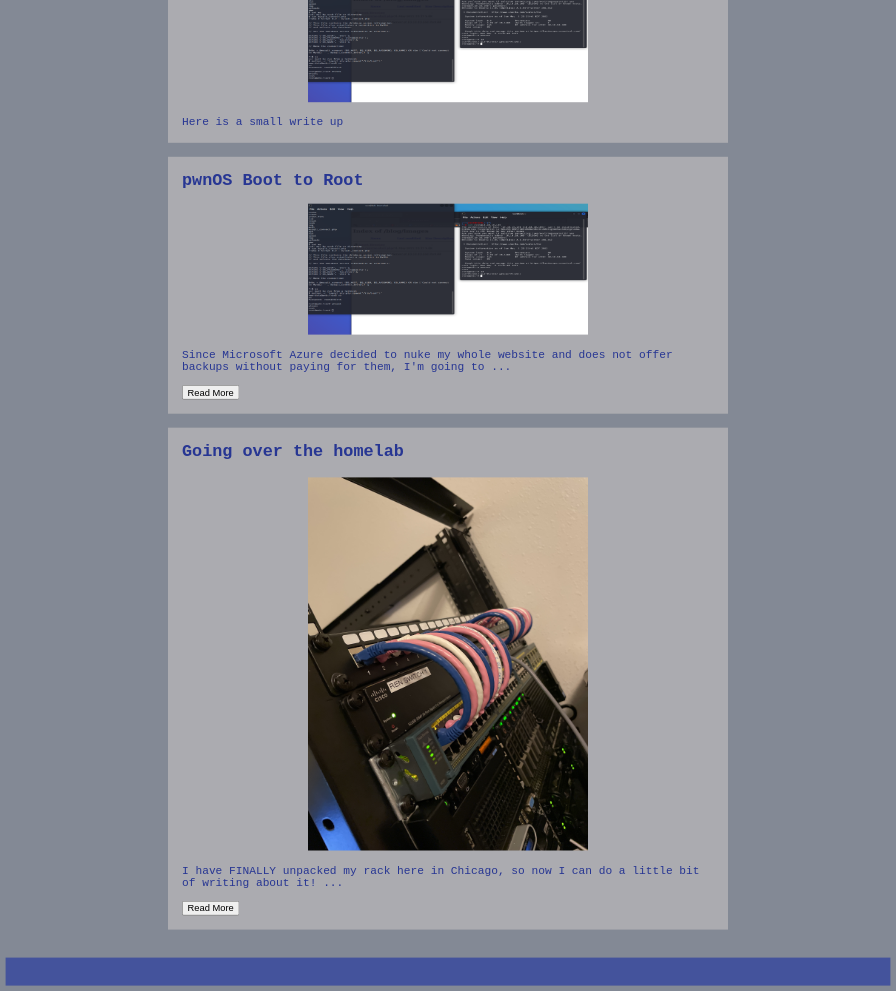
Repository: RennarDeer/RenDev
Page: index.html
These files come from the project's save history. The page is drawn as it stood at one moment and after the next save; the edit follows.
The browser window is 1280 px wide. The pictures show the part of the page from y = 790 to 2710 px (the page is 2206 px tall before and 2710 px after), at 70% of full size.

Above is the page before, as saved 2023-03-08 10:58:57.

### index.html
<!DOCTYPE html>
<html>
  <head>
    <title>Rennar's Website</title>
    <link rel="stylesheet" type="text/css" href="style.css">

  </head>
  <body>
    <header>
      <h1>Ren's Dumb Website</h1>

    </header>
     <!-- "About" section -->
     <section id="about" class="intro">
        <!--Replace with your own image-->
        <center><img src="renpic.JPG"
            alt="RennarPicture" height=375px;>
        <h2 class="section-title">Hi, I'm Ren!</h2>
        <p>
            A little bit about myself, I'm Rennar, or Ren for short. I'm a 25 year old girl from North Dakota
            who is currently living in Chicago, Illinois. My hobbies are mainly focused on my home lab, and security research.
            <br><br>
            My other hobbies include a little bit of light gaming when I have the time, skateboarding, cooking, and photography.</center>
	</p>
    </section>
    <main>

        <article>
            <h2>OWASP IoT GOAT</h2>

            <img src="boot2root.png" alt="Boot2Root">

            Here is a small write up
          </article>
      <article>
        <h2>pwnOS Boot to Root</h2>

        <img src="boot2root.png" alt="Boot2Root">

        <p class="content">

          Since Microsoft Azure decided to nuke my whole website and does not offer backups without
        paying for them, I'm going to keep this short and sweet.

          <br><br>

        pwnOS 2.0 isn't known as a difficult box to break into, but it makes for a good starting out
        point for people new to CTFs. A quick rundown of this box is that it is a simple blog for a
        company, running a vulnerable version of SimplePHP. Executing a remote command to reset
        the admin password is a fairly simple perl script that comes with Kali Linux, after running it,
        you can log into the site.

            <br><br>

        This doesn't get you very far, but you'll be able to upload ANY file
        you would like. So naturally I set up netcat, uploaded and ran a reverse shell. After this its
        fairly trivial to find the root password in a config file the website owner left us, and now
        we can directly ssh into the box as root, completing this CTF.
        </p>
        <button onclick="readMore(this)">Read More</button>
        </article>
      <article>
        <h3>Going over the homelab</h3>

                        <img src="rackpic.JPG" alt="RensRack">

                        <p class="content">

                        I have FINALLY unpacked my rack here in Chicago, so now I can do a little bit of writing about it!

                        <br><br>

                        First up is the antique on my rack, a Dell Poweredge 2950 rackmounted server, it's completely
                        maxed out with 16GB of DDR2 RAM and 2 Xeon processors. All it does is run pfSense. On pfSense
                        I have a few VLANs set up for IoT devices, one for my pentesting lab, and one for my "secure"
                        systems, such as my laptop, desktop, and the server I actually want to be able to reach out
                        to the internet as a whole. I also run SNORT on this system for an IPS for a little more piece
                        of mind.

                        <br><br>

                        The more modern server is my Dell r820, running ESXI 6.7, on which I have my pentesting lab,
                        along with a samba server, and in the future will probably run this website once I'm more confident
                        in my webdev skills! In fact, you may be accessing this webpage running on that server right now and
                        I just haven't updated the website yet to tell you guys! Other things that run on this server are a
                        couple of Kali boxes, along with some vulnerable machines to toy around with in my free time without
                        clogging up my laptop's storage with virtual machines.

                            <br><br>

                        Last but not least is my two cisco switches, one 2960x and an sg300. Not much to be said about these,
                        while I am familiar with the Cisco ecosystem from 2 years of Cisco networking class, I did not feel
                        the need to set up much on them past the initial changing passwords, due to pfSense pretty much handling
                        everything. The SG300 is set up to actually access the internet, while the 2960x is only an internal
                        network, and runs my pentesting lab.

                            <br><br>

                        That about sums it up, in the future I plan on setting up a PLEX server on the r820, along with expanding
                        the storage to store media files and have a proper RAID config instead of the current RAID0 array (this is
                        simply due to limitations on how much money I can throw at 2.5" SAS drives and SSD's). Hopefully this was
                        interesting, and I will keep this updated as I add new things and new services to my ecosystem!

                          </p>
                        <button onclick="readMore(this)">Read More</button>

            </article>
    </main>
    <footer>
    </footer>

    <script src="script.js"></script>
  </body>
</html>

### style.css
body {
    background-color: #838995;
    color: #273693;
    font-family: "Courier New", Courier, monospace;
    font-size: 16px;
  }

  header {
    background-color: #44539c;
    color: #ababb0;
    padding: 20px;
    display: flex;
    justify-content: space-between;
    align-items: center;
  }

  nav ul {
    list-style: none;
    margin: 0;
    padding: 0;
    display: flex;
  }

  nav ul li {
    margin: 0 10px;
  }

  nav ul li a {
    color: #ababb0;
    text-decoration: none;
  }

  main {
    max-width: 800px;
    margin: 0 auto;
    padding: 20px;
  }

  article {
    background-color: #ababb0;
    padding: 20px;
    margin-bottom: 20px;
  }

  article h2 {
    color: #273693;
    font-size: 24px;
    margin-top: 0;
  }

  article img {
    display: block;
    margin: 20px auto;
    width: 400px;
    height: auto;
  }

  article h3 {
    color: #273693;
    font-size: 24px;
    margin-top: 0;
  }

  article img {
    display: block;
    margin: 20px auto;
    width: 400px;
    height: auto;
  }

  footer {
    background-color: #44539c;
    color: #ababb0;
    padding: 20px;
    text-align: center;
  }
  .hide{
    display: none;
  }

### script.js
let noOfCharac = 150;
let contents = document.querySelectorAll(".content");
contents.forEach(content => {
    //If text length is less than noOfCharac... then hide the read more button
    if(content.textContent.length < noOfCharac){
        content.nextElementSibling.style.display = "none";
    }
    else{
        let displayText = content.textContent.slice(0,noOfCharac);
        let moreText = content.textContent.slice(noOfCharac);
        content.innerHTML = `${displayText}<span class="dots">...</span><span class="hide more">${moreText}</span>`;
    }
});

function readMore(btn){
    let post = btn.parentElement;
    post.querySelector(".dots").classList.toggle("hide");
    post.querySelector(".more").classList.toggle("hide");
    btn.textContent == "Read More" ? btn.textContent = "Read Less" : btn.textContent = "Read More";
}

After the next save:
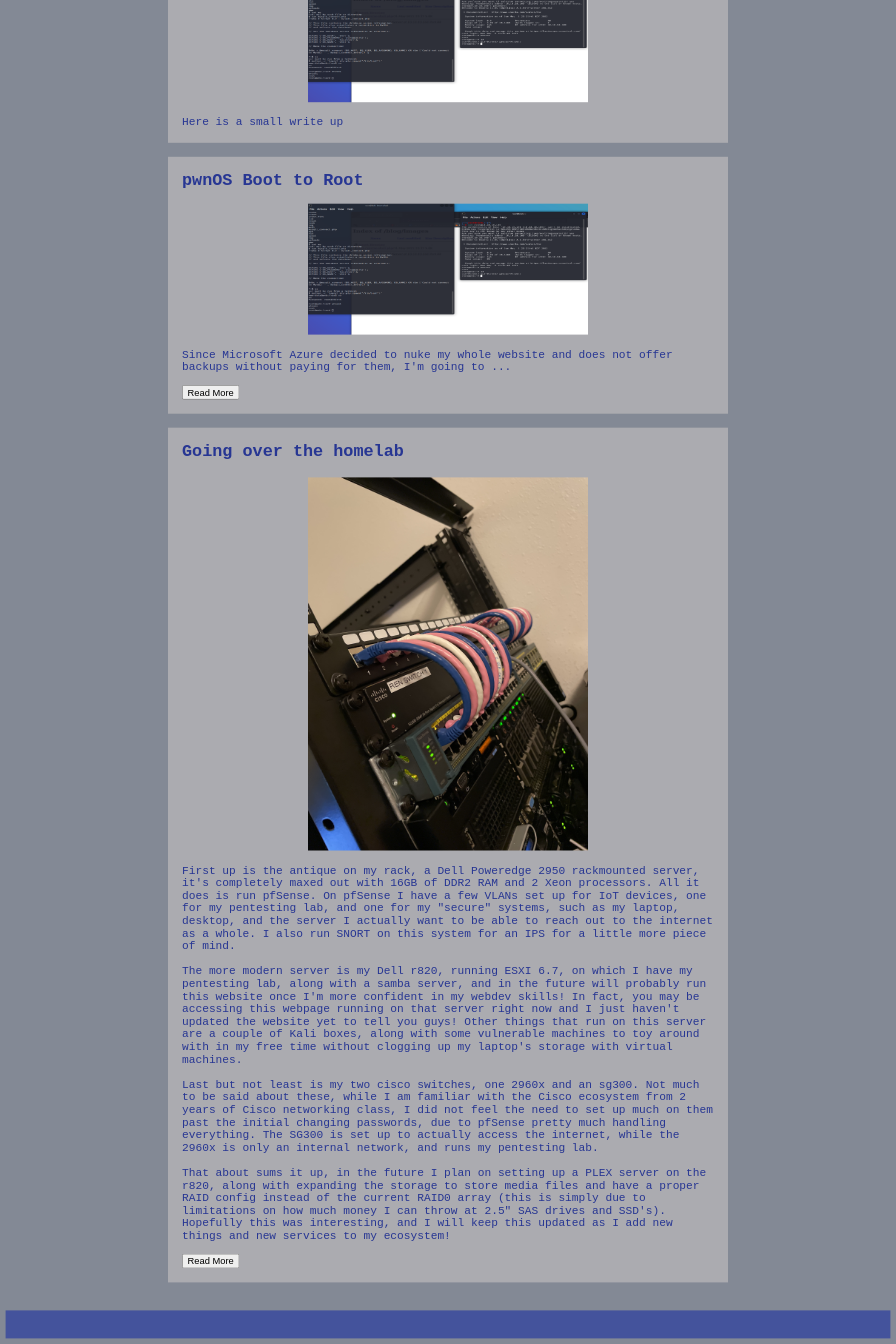
Saved 4 min 16 s later.
--- a/index.html
+++ b/index.html
@@ -66,9 +66,9 @@
 
                         <p class="content">
 
-                        I have FINALLY unpacked my rack here in Chicago, so now I can do a little bit of writing about it!
+                        <p>I have FINALLY unpacked my rack here in Chicago, so now I can do a little bit of writing about it!</p>
 
-                        <br><br>
+
 
                         First up is the antique on my rack, a Dell Poweredge 2950 rackmounted server, it's completely
                         maxed out with 16GB of DDR2 RAM and 2 Xeon processors. All it does is run pfSense. On pfSense

After the save that followed:
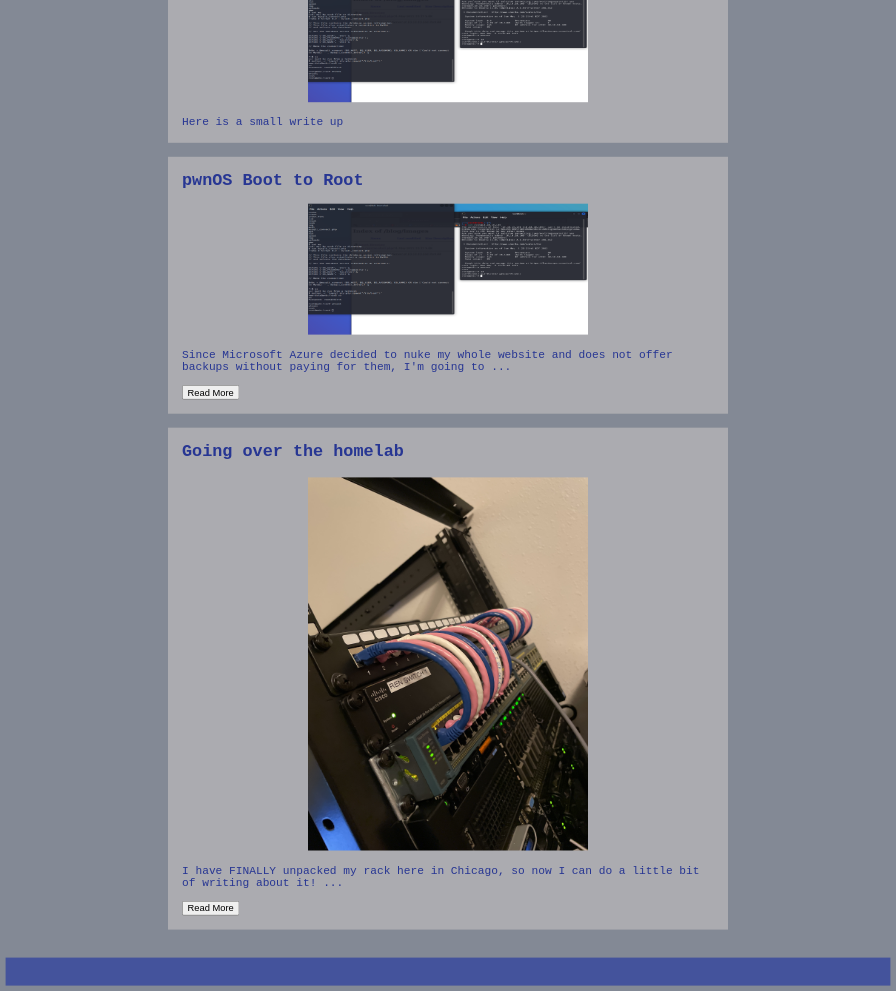
Saved 32 s later.
--- a/index.html
+++ b/index.html
@@ -66,7 +66,7 @@
 
                         <p class="content">
 
-                        <p>I have FINALLY unpacked my rack here in Chicago, so now I can do a little bit of writing about it!</p>
+                        I have FINALLY unpacked my rack here in Chicago, so now I can do a little bit of writing about it!
 
 
 
